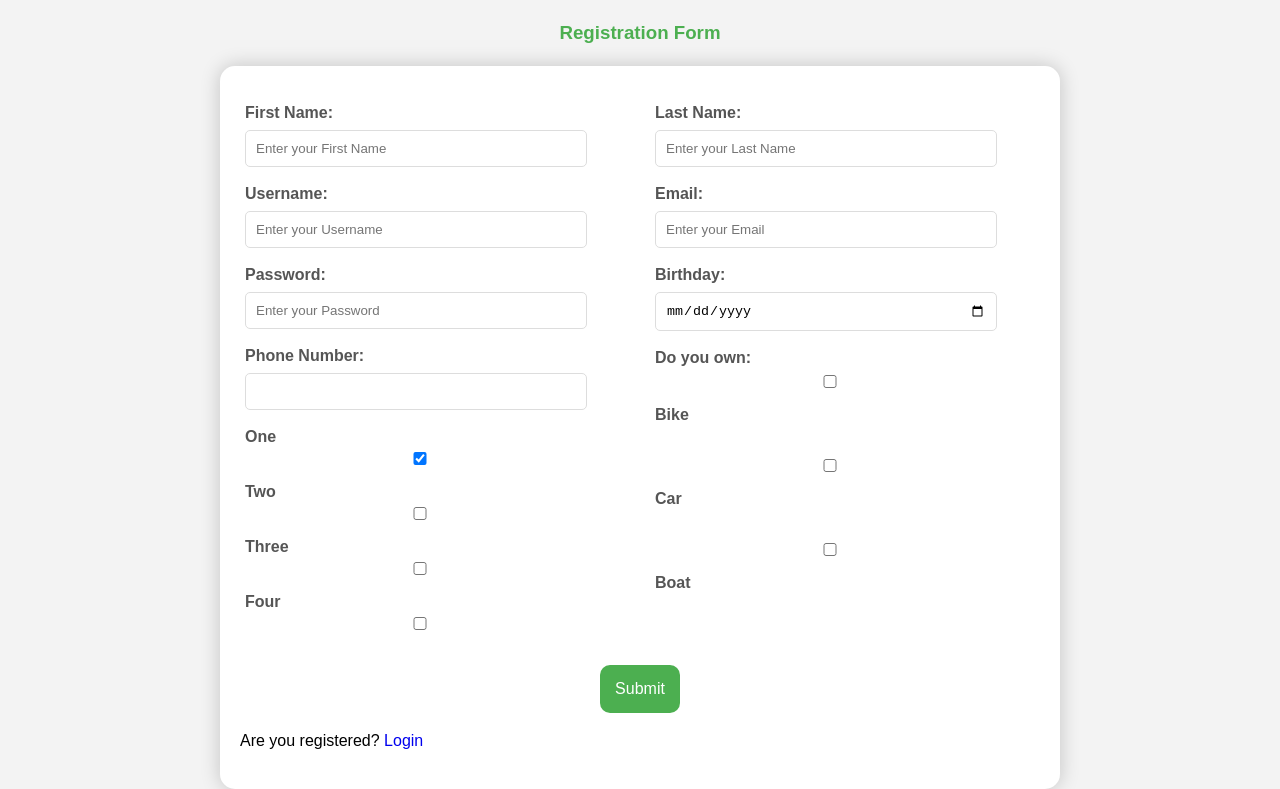
Repository: alizey12/Regestratin-Form-js
Page: regester.html
An editor plug-in stored every save of this project. The page is shown before and after the next save, followed by the edit.
The browser window is 1280 px wide. The pictures show the whole page.

Above is the page before, as saved 2024-11-29 18:46:14.

### regester.html
<!DOCTYPE html>
<html lang="en">
<head>
    <meta charset="UTF-8">
    <meta name="viewport" content="width=device-width, initial-scale=1.0">
    <link rel="stylesheet" href="regester.css">
    <title>Registration Form</title>
</head>
<body>
    <h3>Registration Form</h3>
    <div class="main">
        <form action="">
            <div class="grid-container">
                <div>
                    <label for="first">First Name:</label>
                    <input type="text" id="first" name="first" placeholder="Enter your First Name" required>

                    <label for="username">Username:</label>
                    <input type="text" id="username" name="username" placeholder="Enter your Username" required>

                    <label for="password">Password:</label>
                    <input type="password" id="password" name="password" placeholder="Enter your Password" required>

                    <label for="quantity">Phone Number:</label>
                    <input type="number" id="quantity" name="quantity" min="1" max="15">

                    <label class="container">One
                        <input type="checkbox" checked="checked">
                        <span class="checkmark"></span>
                      </label>

                      <label class="container">Two
                        <input type="checkbox">
                        <span class="checkmark"></span>
                      </label>

                      <label class="container">Three
                        <input type="checkbox">
                        <span class="checkmark"></span>
                      </label>

                      <label class="container">Four
                        <input type="checkbox">
                        <span class="checkmark"></span>
                      </label>


                </div>
                <div>
                    <label for="second">Last Name:</label>
                    <input type="text" id="second" name="second" placeholder="Enter your Last Name" required>

                    <label for="email">Email:</label>
                    <input type="email" id="email" name="email" placeholder="Enter your Email" required>

                    <label for="birthday">Birthday:</label>
                    <input type="date" id="birthday" name="birthday">

                    <label>Do you own:</label>
                    <input type="checkbox" id="vehicle1" name="vehicle1" value="Bike">
                    <label for="vehicle1">Bike</label><br>
                    <input type="checkbox" id="vehicle2" name="vehicle2" value="Car">
                    <label for="vehicle2">Car</label><br>
                    <input type="checkbox" id="vehicle3" name="vehicle3" value="Boat">
                    <label for="vehicle3">Boat</label>
                </div>
            </div>
            <div class="wrap">
                <button type="submit">Submit</button>
            </div>
        </form>
        <p>Are you registered?
            <a href="signin.html" style="text-decoration: none;">Login</a>
        </p>
    </div>
</body>
</html>

### regester.css
body {
    display: flex;
    align-items: center;
    justify-content: center;
    font-family: sans-serif;
    line-height: 1.5;
    min-height: 100vh;
    background: #f3f3f3;
    flex-direction: column;
    margin: 0;
}

.main {
    background-color: #fff;
    border-radius: 15px;
    box-shadow: 0 0 20px rgba(0, 0, 0, 0.2);
    padding: 20px;
    transition: transform 0.2s;
    width: 800px;
}

h3 {
    color: #4CAF50;
    text-align: center;
}

label {
    display: block;
    margin-top: 10px;
    margin-bottom: 5px;
    text-align: left;
    color: #555;
    font-weight: bold;
}

input {
    display: block;
    width: 90%;
    margin-bottom: 15px;
    padding: 10px;
    box-sizing: border-box;
    border: 1px solid #ddd;
    border-radius: 5px;
}

button {
    padding: 15px;
    border-radius: 10px;
    margin-top: 15px;
    border: none;
    color: white;
    cursor: pointer;
    background-color: #4CAF50;
    font-size: 16px;
}

.wrap {
    display: flex;
    justify-content: center;
    align-items: center;
}

.grid-container {
    display: grid;

    grid-template-columns: 1fr 1fr;
    gap: 20px;
}

.grid-container div {
    padding: 5px;
}

After the next save:
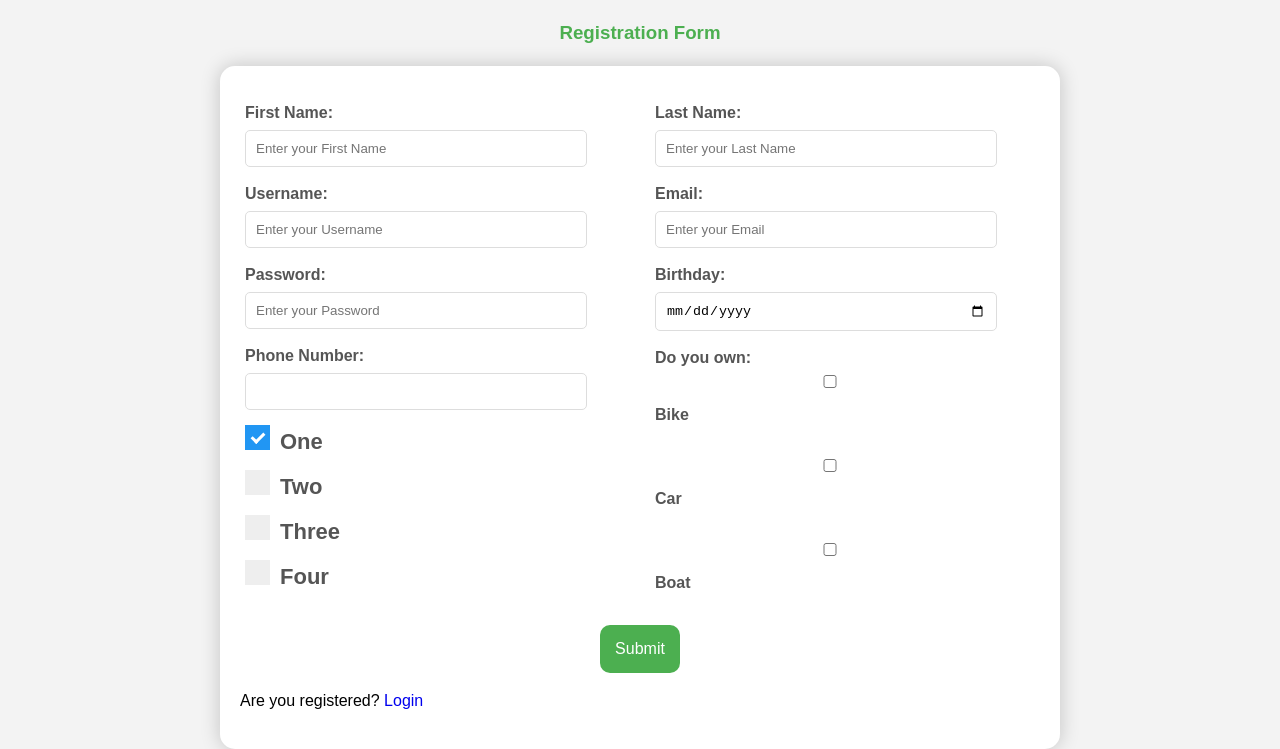
Saved 4 s later.
--- a/regester.css
+++ b/regester.css
@@ -70,3 +70,72 @@ button {
 .grid-container div {
     padding: 5px;
 }
+
+
+/* Customize the label (the container) */
+.container {
+    display: block;
+    position: relative;
+    padding-left: 35px;
+    margin-bottom: 12px;
+    cursor: pointer;
+    font-size: 22px;
+    -webkit-user-select: none;
+    -moz-user-select: none;
+    -ms-user-select: none;
+    user-select: none;
+  }
+
+  /* Hide the browser's default checkbox */
+  .container input {
+    position: absolute;
+    opacity: 0;
+    cursor: pointer;
+    height: 0;
+    width: 0;
+  }
+
+  /* Create a custom checkbox */
+  .checkmark {
+    position: absolute;
+    top: 0;
+    left: 0;
+    height: 25px;
+    width: 25px;
+    background-color: #eee;
+  }
+
+  /* On mouse-over, add a grey background color */
+  .container:hover input ~ .checkmark {
+    background-color: #ccc;
+  }
+
+  /* When the checkbox is checked, add a blue background */
+  .container input:checked ~ .checkmark {
+    background-color: #2196F3;
+  }
+
+  /* Create the checkmark/indicator (hidden when not checked) */
+  .checkmark:after {
+    content: "";
+    position: absolute;
+    display: none;
+  }
+
+  /* Show the checkmark when checked */
+  .container input:checked ~ .checkmark:after {
+    display: block;
+  }
+
+  /* Style the checkmark/indicator */
+  .container .checkmark:after {
+    left: 9px;
+    top: 5px;
+    width: 5px;
+    height: 10px;
+    border: solid white;
+    border-width: 0 3px 3px 0;
+    -webkit-transform: rotate(45deg);
+    -ms-transform: rotate(45deg);
+    transform: rotate(45deg);
+  }
